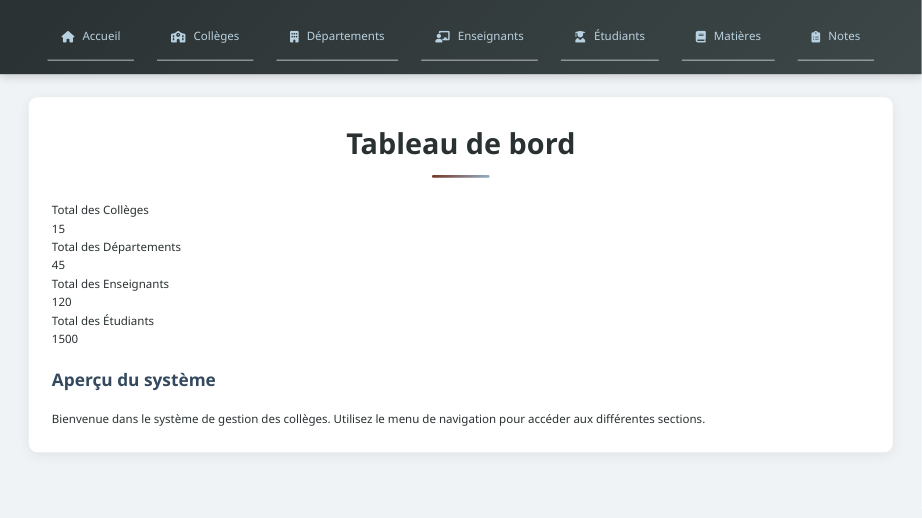
Repository: Ishimw3/college-management
Page: index.html
An editor plug-in stored every save of this project. The page is shown before and after the next save, followed by the edit.
The browser window is 1280 px wide. The pictures show the whole page, at 72% of full size.

Above is the page before, as saved 2025-02-24 20:53:24.
Console error: ReferenceError: data is not defined

After the next save:
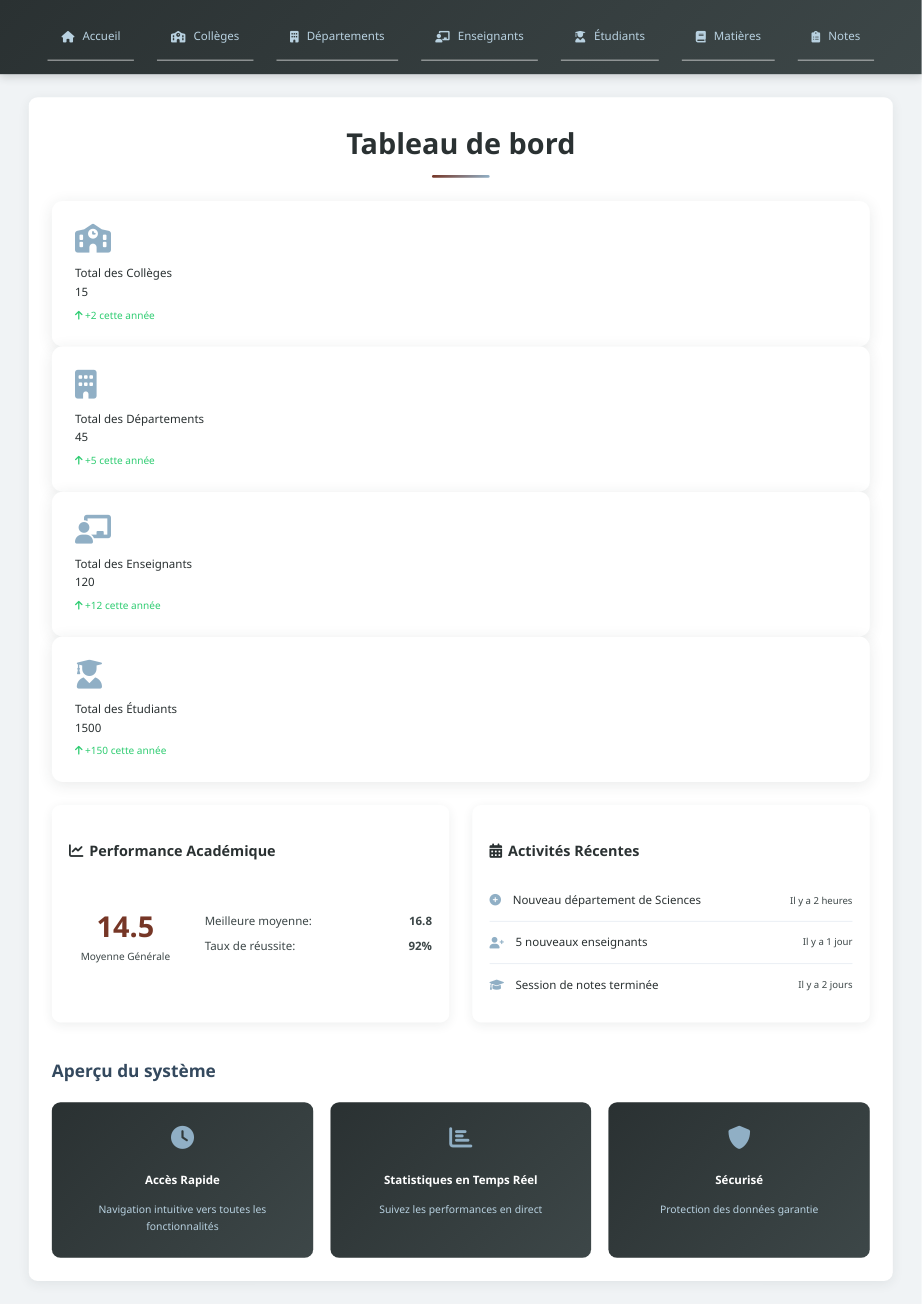
Saved 12 s later.
--- a/index.html
+++ b/index.html
@@ -20,38 +20,116 @@
         </ul>
     </nav>
 
-    <div class="container">
+    <div class="container dashboard-container">
         <h1>Tableau de bord</h1>
-        <div class="dashboard">
-            <div class="stats-grid">
-                <div class="stat-card">
-                    <div class="stat-item">
-                        <div class="stat-label">Total des Collèges</div>
-                        <div class="stat-value">15</div>
-                    </div>
-                </div>
-                <div class="stat-card">
-                    <div class="stat-item">
-                        <div class="stat-label">Total des Départements</div>
-                        <div class="stat-value">45</div>
-                    </div>
-                </div>
-                <div class="stat-card">
-                    <div class="stat-item">
-                        <div class="stat-label">Total des Enseignants</div>
-                        <div class="stat-value">120</div>
-                    </div>
-                </div>
-                <div class="stat-card">
-                    <div class="stat-item">
-                        <div class="stat-label">Total des Étudiants</div>
-                        <div class="stat-value">1500</div>
+
+        <!-- Statistiques principales -->
+        <div class="stats-grid main-stats">
+            <div class="stat-card">
+                <div class="stat-item">
+                    <i class="fas fa-school stat-icon"></i>
+                    <div class="stat-label">Total des Collèges</div>
+                    <div class="stat-value">15</div>
+                    <div class="stat-trend positive">
+                        <i class="fas fa-arrow-up"></i> +2 cette année
                     </div>
                 </div>
             </div>
-            <div class="card">
-                <h2>Aperçu du système</h2>
-                <p>Bienvenue dans le système de gestion des collèges. Utilisez le menu de navigation pour accéder aux différentes sections.</p>
+            <div class="stat-card">
+                <div class="stat-item">
+                    <i class="fas fa-building stat-icon"></i>
+                    <div class="stat-label">Total des Départements</div>
+                    <div class="stat-value">45</div>
+                    <div class="stat-trend positive">
+                        <i class="fas fa-arrow-up"></i> +5 cette année
+                    </div>
+                </div>
+            </div>
+            <div class="stat-card">
+                <div class="stat-item">
+                    <i class="fas fa-chalkboard-teacher stat-icon"></i>
+                    <div class="stat-label">Total des Enseignants</div>
+                    <div class="stat-value">120</div>
+                    <div class="stat-trend positive">
+                        <i class="fas fa-arrow-up"></i> +12 cette année
+                    </div>
+                </div>
+            </div>
+            <div class="stat-card">
+                <div class="stat-item">
+                    <i class="fas fa-user-graduate stat-icon"></i>
+                    <div class="stat-label">Total des Étudiants</div>
+                    <div class="stat-value">1500</div>
+                    <div class="stat-trend positive">
+                        <i class="fas fa-arrow-up"></i> +150 cette année
+                    </div>
+                </div>
+            </div>
+        </div>
+
+        <!-- Sections rapides -->
+        <div class="quick-access-grid">
+            <div class="quick-access-card">
+                <h3><i class="fas fa-chart-line"></i> Performance Académique</h3>
+                <div class="performance-stats">
+                    <div class="chart-container">
+                        <div class="chart-value">14.5</div>
+                        <div class="chart-label">Moyenne Générale</div>
+                    </div>
+                    <div class="performance-details">
+                        <div class="detail-item">
+                            <span>Meilleure moyenne:</span>
+                            <strong>16.8</strong>
+                        </div>
+                        <div class="detail-item">
+                            <span>Taux de réussite:</span>
+                            <strong>92%</strong>
+                        </div>
+                    </div>
+                </div>
+            </div>
+
+            <div class="quick-access-card">
+                <h3><i class="fas fa-calendar-alt"></i> Activités Récentes</h3>
+                <ul class="activity-list">
+                    <li>
+                        <i class="fas fa-plus-circle"></i>
+                        <span>Nouveau département de Sciences</span>
+                        <small>Il y a 2 heures</small>
+                    </li>
+                    <li>
+                        <i class="fas fa-user-plus"></i>
+                        <span>5 nouveaux enseignants</span>
+                        <small>Il y a 1 jour</small>
+                    </li>
+                    <li>
+                        <i class="fas fa-graduation-cap"></i>
+                        <span>Session de notes terminée</span>
+                        <small>Il y a 2 jours</small>
+                    </li>
+                </ul>
+            </div>
+        </div>
+
+        <!-- Aperçu du système -->
+        <div class="system-overview">
+            <h2>Aperçu du système</h2>
+            <div class="overview-grid">
+                <div class="overview-card">
+                    <i class="fas fa-clock"></i>
+                    <h4>Accès Rapide</h4>
+                    <p>Navigation intuitive vers toutes les fonctionnalités</p>
+                </div>
+                <div class="overview-card">
+                    <i class="fas fa-chart-bar"></i>
+                    <h4>Statistiques en Temps Réel</h4>
+                    <p>Suivez les performances en direct</p>
+                </div>
+                <div class="overview-card">
+                    <i class="fas fa-shield-alt"></i>
+                    <h4>Sécurisé</h4>
+                    <p>Protection des données garantie</p>
+                </div>
             </div>
         </div>
     </div>
